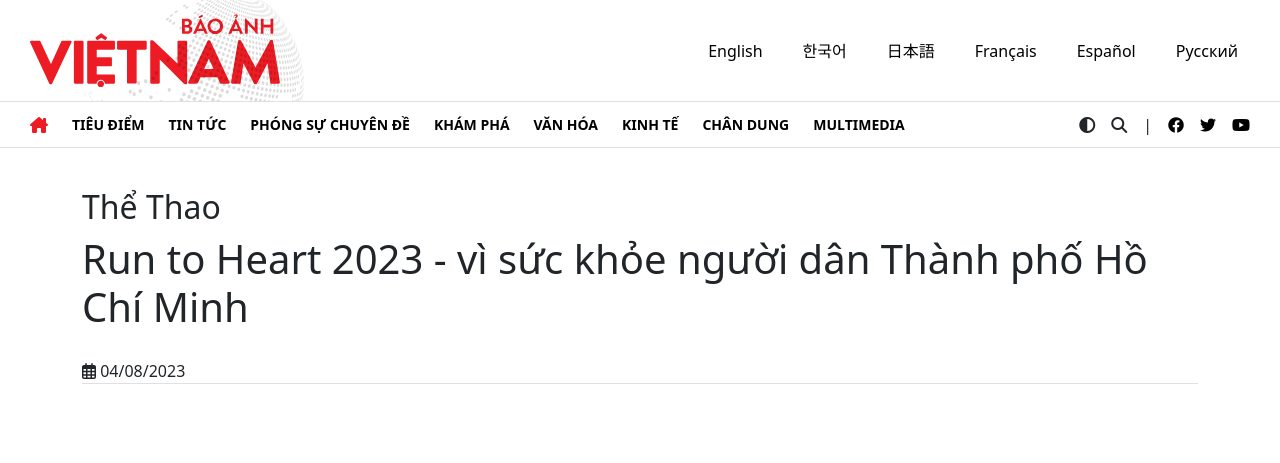
Repository: kietdotshp/webtintuc
Page: Detail.html
An editor plug-in stored every save of this project. The page is shown before and after the next save, followed by the edit.
The browser window is 1280 px wide. The pictures show the whole page.
Some web libraries are served in a nearby version.

Above is the page before, as saved 2023-08-10 16:03:36.

### Detail.html
<!DOCTYPE html>
<html lang="en">

<head>
    <title></title>
    <meta charset="UTF-8">
    <meta name="viewport" content="width=device-width, initial-scale=1">
    <link href="assets/css/detail.css" rel="stylesheet">
    <link href="https://cdn.jsdelivr.net/npm/bootstrap@5.3.1/dist/css/bootstrap.min.css" rel="stylesheet"
        integrity="sha384-4bw+/aepP/YC94hEpVNVgiZdgIC5+VKNBQNGCHeKRQN+PtmoHDEXuppvnDJzQIu9" crossorigin="anonymous">
    <link href="https://cdn.jsdelivr.net/npm/bootstrap@5.3.1/dist/css/bootstrap.min.css" rel="stylesheet"
        integrity="sha384-4bw+/aepP/YC94hEpVNVgiZdgIC5+VKNBQNGCHeKRQN+PtmoHDEXuppvnDJzQIu9" crossorigin="anonymous" />
    <script src="https://cdn.jsdelivr.net/npm/bootstrap@5.3.1/dist/js/bootstrap.bundle.min.js"></script>
    <script src="https://kit.fontawesome.com/a076d05399.js"></script>
    <link rel="stylesheet" href="https://cdnjs.cloudflare.com/ajax/libs/font-awesome/6.4.2/css/all.min.css"
        integrity="sha512-z3gLpd7yknf1YoNbCzqRKc4qyor8gaKU1qmn+CShxbuBusANI9QpRohGBreCFkKxLhei6S9CQXFEbbKuqLg0DA=="
        crossorigin="anonymous" referrerpolicy="no-referrer" />

        <link rel="stylesheet"href="https://cdnjs.cloudflare.com/ajax/libs/font-awesome/4.7.0/css/font-awesome.min.css"/>
</head>

<header>
    <div class="container-custom">
        <section class="d-flex align-items-center justify-content-between">
            <!-- Web logo -->
            <figure class="web-logo">
                <img src="./assets/images/logo-vi.svg" alt="Logo" class="img-contain" />
            </figure>

            <div class="d-none d-lg-flex align-items-center gap-3">
                <a href="javascript:void(0)" class="choose-lang">English</a>
                <a href="javascript:void(0)" class="choose-lang">한국어</a>
                <a href="javascript:void(0)" class="choose-lang">日本語</a>
                <a href="javascript:void(0)" class="choose-lang">Français</a>
                <a href="javascript:void(0)" class="choose-lang">Español</a>
                <a href="javascript:void(0)" class="choose-lang">Русский</a>
            </div>

            <a class="mobile-menu d-lg-none" href="javascript:void(0)">
                <i class="fa-solid fa-bars-staggered fs-2"></i>
            </a>
        </section>
    </div>

    <div class="line-seperate-horizontal"></div>

    <div class="container-custom">
        <section class="d-flex align-items-center justify-content-between py-3 py-lg-0">
            <div class="d-flex align-items-center gap-4 gap-xxl-5">
                <a href="javascript:void(0)">
                    <i class="fa-solid fa-house-chimney color-primary"></i>
                </a>

                <div class="d-none d-lg-flex align-items-center gap-4 gap-xxl-5">
                    <a href="javascript:void(0)" class="menu-item">Tiêu điểm</a>
                    <a href="javascript:void(0)" class="menu-item">Tin tức</a>
                    <a href="javascript:void(0)" class="menu-item">Phóng sự chuyên đề</a>
                    <a href="javascript:void(0)" class="menu-item">Khám phá</a>
                    <a href="javascript:void(0)" class="menu-item">Văn hóa</a>
                    <a href="javascript:void(0)" class="menu-item">Kinh tế</a>
                    <a href="javascript:void(0)" class="menu-item">Chân dung</a>
                    <a href="javascript:void(0)" class="menu-item">Multimedia</a>
                </div>
            </div>

            <div class="d-flex align-items-center gap-3">
                <div class="d-flex align-items-center gap-3">
                    <div class="cursor-pointer">
                        <i class="fa-solid fa-circle-half-stroke"></i>
                    </div>
                    <div class="cursor-pointer">
                        <i class="fa-solid fa-magnifying-glass"></i>
                    </div>
                </div>

                <div class="d-lg-none d-xl-block">|</div>

                <div class="d-lg-none d-xl-flex align-items-center gap-3">
                    <a href="javascript:void(0)">
                        <i class="fa-brands fa-facebook-f"></i>
                    </a>
                    <a href="javascript:void(0)">
                        <i class="fa-brands fa-twitter"></i>
                    </a>
                    <a href="javascript:void(0)">
                        <i class="fa-brands fa-youtube"></i>
                    </a>
                </div>
            </div>
        </section>
    </div>
</header>
<div class="line-seperate-horizontal"></div>

<body>
    <div class="container">
        <div class="detailmenu">
            <h2><link href="#" target="kiểu mở liên kết">Thể Thao</link> </h2>
            <h1>Run to Heart 2023 - vì sức khỏe người dân Thành phố Hồ Chí Minh</h1>
            <div class="timeline">
                <time>
                    <i class="fa-regular fa-calendar"></i>
                    04/08/2023
                </time>
            </div>
            <div class="line-seperate-horizontal"></div>
        </div>
    </div>
</body>

</html>

### assets/css/detail.css
:root {
    --main-color: #333;
    --main-red-color: #ed1c24;
    --main-white-color: #fff;
    --main-blue-color-1: #b8dcf3;
    --main-blue-color-2: #467491;
    --main-grey-color-1: #666;
    --main-grey-color-2: #888;
    --main-grey-color-3: #f0f0f0;
    --main-border-color: #e0e0e0;
  }

  /* Common */
  .body {
    display: flex;
    flex-direction: column;
    min-height: 100vh;
    font-size: 16px;
    color: var(--main-color);
    font-family: 'Roboto-Regular', sans-serif;
  }

  .img-cover {
    width: 100%;
    height: 100%;
    object-fit: cover;
  }

  .img-contain {
    width: 100%;
    height: 100%;
    object-fit: contain;
  }

  img {
    max-width: 100%;
    max-height: 100%;
  }

  a {
    text-decoration: none !important;
    color: initial !important;
  }

  .color-primary {
    color: var(--main-red-color);
  }

  .cursor-pointer {
    cursor: pointer;
  }

  .container-custom {
    max-width: 1400px;
    padding-inline: 15px;
    margin: 0 auto;

    @media (min-width: 768px) {
      padding-inline: 30px;
    }
  }

  .text-line-clamp-2 {
    display: -webkit-box;
    -webkit-line-clamp: 2;
    -webkit-box-orient: vertical;
    overflow: hidden;
  }

  .text-line-clamp-3 {
    display: -webkit-box;
    -webkit-line-clamp: 3;
    -webkit-box-orient: vertical;
    overflow: hidden;
  }

  .image-padding-top {
    position: relative;
    padding-top: 56.25%;
  }

  /* Header css */
  .web-logo {
    position: relative;
    padding-block: 14px;
    margin-bottom: 0;
    width: 150px;

    @media (min-width: 992px) {
      width: 250px;
    }
  }

  .web-logo::after {
    content: '';
    background: url('../images/earth-digital.svg') no-repeat;
    width: 100%;
    height: 100%;
    opacity: 0.2;
    position: absolute;
    right: -60px;
    top: 0;
  }

  .choose-lang {
    border-radius: 9999px;
    padding: 6px 12px;
  }

  .choose-lang:hover {
    background-color: var(--main-border-color);
  }

  .line-seperate-horizontal {
    width: 100%;
    height: 1px;
    background-color: #e0e0e0;
  }

  .line-seperate-vertical {
    width: 1px;
    height: 100%;
    background-color: #e0e0e0;
    margin: 0 auto;
  }

  .menu-item {
    text-transform: uppercase;
    font-weight: 700;
    font-size: 14px;
    position: relative;
    padding-block: 12px;
    white-space: nowrap;
  }

  .menu-item::before {
    content: '';
    position: absolute;
    top: -1px;
    left: 50%;
    right: 50%;
    transform: translate(-50%, 0);
    width: 0;
    height: 2px;
    background: var(--main-red-color);
    transition: all 0.2s linear;
  }

  .menu-item:hover:before {
    width: 100%;
  }

  /* Carousel */
  .carousel-item {
    position: absolute !important;
    top: 0;
    left: 0;
    width: 100%;
    height: 100%;
  }

  .carousel-control-next,
  .carousel-control-prev {
    width: 10% !important;
  }

  .carousel-control-prev,
  .carousel-control-next {
    opacity: 0 !important;
  }

  .carousel:hover .carousel-control-prev,
  .carousel:hover .carousel-control-next {
    transition: all 0.3s linear;
    opacity: 1 !important;
  }

  /* Main */
  .content {
    border: 1px solid var(--main-border-color);
    padding: 20px;
  }

  .content-spacing {
    margin-block: 40px;
  }

  .content-title {
    display: inline-block;
    color: var(--main-red-color);
    line-height: 26px;
    font-size: 26px;
    font-weight: 600;
    margin-bottom: 20px;
  }

  .article-title {
    font-size: 22px;
    font-weight: 600;
  }

  .article-title.sub {
    font-size: 16px;
  }

  .article-category {
    text-transform: uppercase;
    font-size: 12px;
    color: var(--main-grey-color-2);
  }

  .content-ul-list {
    padding-left: 20px;
    margin-bottom: 0;
    max-height: 480px;
    overflow: auto;
  }

  .content-ul-list li::marker {
    color: var(--main-red-color);
  }

  /* Spacing */
  .mb-10px {
    margin-bottom: 10px;
  }

  .max-w-40px {
    max-width: 40px !important;
  }
  .h2{
    color: var(--main-red-color);
  }
  .detailmenu{
    margin-top: 40px;
  }
.timeline{
    padding-top:20px
}

After the next save:
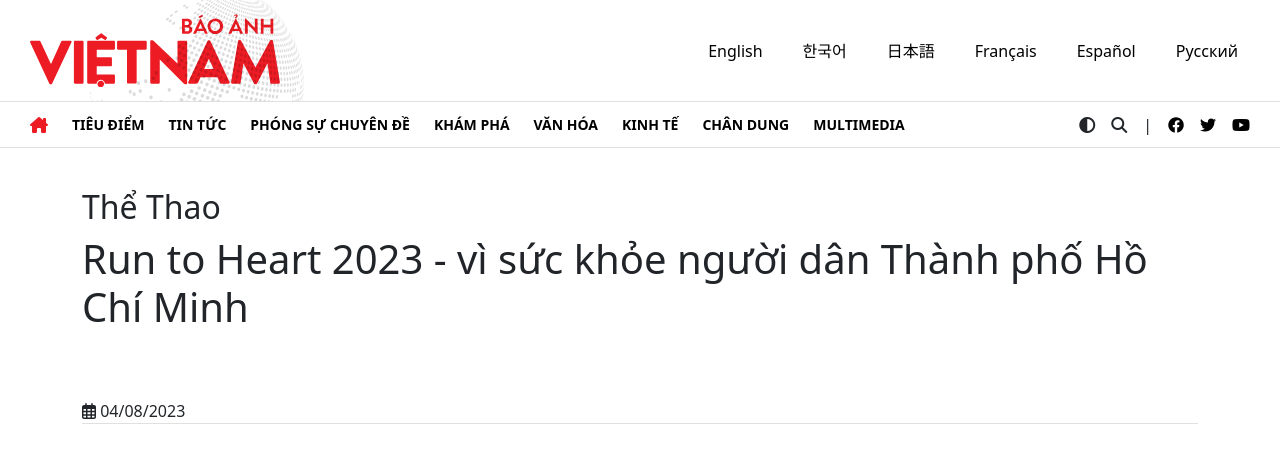
Saved 8 s later.
--- a/assets/css/detail.css
+++ b/assets/css/detail.css
@@ -235,5 +235,5 @@
     margin-top: 40px;
   }
 .timeline{
-    padding-top:20px
+    padding-top:60px
 }
